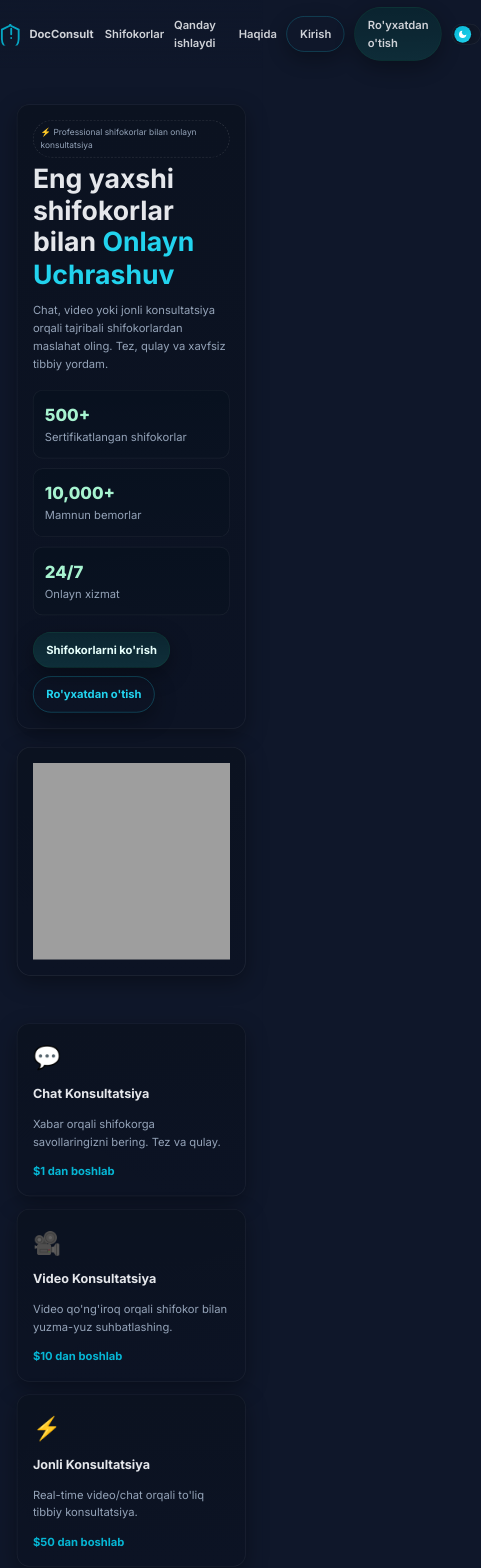
Repository: diyorbe-beep/-----------
Page: /
An editor plug-in stored every save of this project. The page is shown before and after the next save, followed by the edit.
The browser window is 375 px wide. The page is 687 px wide, then 417 px, so the pictures cover 687 px, including what lies to the right of the window. The pictures show the part of the page from y = 0 to 2240 px (the page is 2984 px tall before and 2483 px after), at 70% of full size.
Pictures or frames that could not be fetched are drawn as grey boxes. The page's requests for data from a server got no answer. The project was rebuilt for these pictures with package versions that can differ from the ones it lists, and the page was loaded fresh each time. No one was signed in, and anything a server would have sent is missing. Also part of the build but not shown: vite.config.js, src/components/DemoModeWarning.jsx, src/pages/Login.jsx, src/pages/Register.jsx, src/components/DoctorSearch.jsx, src/components/DoctorCard.jsx, src/pages/DoctorList.jsx, src/pages/DoctorDetail.jsx and 12 more.

Above is the page before, as saved 2025-10-20 22:07:29.

### index.html
<!DOCTYPE html>
<html lang="uz">
<head>
  <meta charset="UTF-8" />
  <link rel="icon" type="image/svg+xml" href="data:[embedded picture, 173 characters]" />
  <meta name="viewport" content="width=device-width, initial-scale=1.0" />

  <!-- SEO Meta Tags -->
  <title>DocConsult - Professional shifokorlar bilan onlayn konsultatsiya</title>
  <meta name="description" content="Chat, video yoki jonli konsultatsiya orqali tajribali shifokorlardan maslahat oling. $1 dan boshlab. Tez, qulay va xavfsiz tibbiy yordam.">
  <meta name="keywords" content="doctor, consultation, online, telemedicine, healthcare, shifokor, konsultatsiya">
  <meta name="author" content="DocConsult">

  <!-- Open Graph / Facebook -->
  <meta property="og:type" content="website">
  <meta property="og:url" content="https://docconsult.uz/">
  <meta property="og:title" content="DocConsult - Professional Doctor Consultation Platform">
  <meta property="og:description" content="Connect with certified doctors online. Chat, Video, or Live consultations starting from $1">
  <meta property="og:image" content="/og-image.jpg">

  <!-- Twitter -->
  <meta property="twitter:card" content="summary_large_image">
  <meta property="twitter:url" content="https://docconsult.uz/">
  <meta property="twitter:title" content="DocConsult - Professional Doctor Consultation">
  <meta property="twitter:description" content="Connect with certified doctors online. Starting from $1">
  <meta property="twitter:image" content="/og-image.jpg">

  <!-- Fonts -->
  <link rel="preconnect" href="https://fonts.googleapis.com">
  <link rel="preconnect" href="https://fonts.gstatic.com" crossorigin>
  <link href="https://fonts.googleapis.com/css2?family=Inter:wght@300;400;600;700;800&display=swap" rel="stylesheet">

  <!-- Schema.org markup -->
  <script type="application/ld+json">
  {
    "@context": "https://schema.org",
    "@type": "WebApplication",
    "name": "DocConsult",
    "description": "Professional doctor consultation platform",
    "applicationCategory": "HealthApplication",
    "offers": {
      "@type": "Offer",
      "price": "1.00",
      "priceCurrency": "USD"
    }
  }
  </script>
</head>
<body>
  <noscript>
    <div style="padding: 40px; text-align: center; font-family: sans-serif;">
      <h1>JavaScript Required</h1>
      <p>Please enable JavaScript to run this application.</p>
      <p>Iltimos, JavaScript'ni yoqing.</p>
    </div>
  </noscript>
  <div id="root"></div>
  <script type="module" src="/src/main.jsx"></script>
</body>
</html>

### src/main.jsx
import React from 'react'
import ReactDOM from 'react-dom/client'
import './index.css'
import App from './App.jsx'

ReactDOM.createRoot(document.getElementById('root')).render(
  <React.StrictMode>
    <App />
  </React.StrictMode>,
)

### src/index.css
@import './styles/themes.css';

* {
  box-sizing: border-box;
}

html,
body {
  margin: 0;
  padding: 0;
  background: var(--bg);
  color: var(--txt);
  font-family: Inter, system-ui, -apple-system, Segoe UI, Roboto, "Helvetica Neue", Arial, sans-serif;
  line-height: 1.6;
}

a {
  color: var(--brand);
}

.container {
  max-width: 1100px;
  margin: 0 auto;
  padding: 24px;
}

header {
  position: sticky;
  top: 0;
  z-index: 50;
  background: linear-gradient(180deg, #0f172ae6, #0f172a00);
}

.nav {
  display: flex;
  gap: 16px;
  align-items: center;
  justify-content: space-between;
  padding: 10px 0;
}

.nav a {
  font-weight: 600;
  text-decoration: none;
  color: var(--txt);
  opacity: 0.9;
}

.nav a:hover {
  color: var(--brand-2);
}

.btn {
  display: inline-flex;
  align-items: center;
  justify-content: center;
  padding: 12px 18px;
  border-radius: 9999px;
  border: 1px solid #16a34a20;
  background: linear-gradient(180deg, #0b2530, #0f2f3a);
  color: #e6fffb;
  font-weight: 700;
  cursor: pointer;
  box-shadow: var(--shadow);
  text-decoration: none;
}

.btn:hover {
  transform: translateY(-1px);
  filter: brightness(1.1);
}

.btn-outline {
  background: transparent;
  border: 1px solid #22d3ee55;
  color: var(--brand-2);
}

.hero {
  display: grid;
  grid-template-columns: 1.2fr 1fr;
  gap: 26px;
  align-items: center;
  padding: 28px 0;
}

.card {
  background: linear-gradient(180deg, #0b1220, #0c1324);
  border: 1px solid rgba(255, 255, 255, 0.06);
  box-shadow: var(--shadow);
  border-radius: var(--radius);
  padding: 22px;
}

.tag {
  display: inline-flex;
  gap: 8px;
  align-items: center;
  font-size: 12px;
  color: var(--muted);
  border: 1px dashed rgba(255, 255, 255, 0.15);
  padding: 6px 10px;
  border-radius: 999px;
}

.hero h1 {
  font-size: 38px;
  line-height: 1.2;
  margin: 0.2em 0;
}

.hero p {
  color: var(--muted);
}

.portrait {
  aspect-ratio: 1/1;
  border-radius: 20px;
  overflow: hidden;
  border: 1px solid rgba(255, 255, 255, 0.08);
}

.portrait img {
  width: 100%;
  height: 100%;
  object-fit: cover;
  display: block;
}

.grid-3 {
  display: grid;
  grid-template-columns: repeat(3, 1fr);
  gap: 18px;
}

.grid-2 {
  display: grid;
  grid-template-columns: repeat(2, 1fr);
  gap: 18px;
}

h2 {
  font-size: 26px;
  margin: 0 0 12px;
}

h3 {
  font-size: 18px;
  margin: 0 0 8px;
}

.muted {
  color: var(--muted);
}

.list {
  display: grid;
  gap: 10px;
  margin: 0;
  padding: 0;
}

.list li {
  list-style: none;
  padding: 10px 12px;
  border: 1px solid rgba(255, 255, 255, 0.06);
  border-radius: 12px;
  background: #0b1323cc;
}

.kpi {
  display: flex;
  gap: 14px;
  flex-wrap: wrap;
}

.kpi .item {
  flex: 1;
  min-width: 180px;
  padding: 16px;
  border-radius: 14px;
  border: 1px solid rgba(255, 255, 255, 0.06);
  background: linear-gradient(180deg, #08111f, #0a1221);
}

.kpi .n {
  font-size: 24px;
  font-weight: 800;
  color: #a7f3d0;
}

form {
  display: grid;
  gap: 12px;
}

label {
  font-weight: 600;
  font-size: 14px;
}

input,
select,
textarea {
  width: 100%;
  padding: 12px 14px;
  border-radius: 12px;
  border: 1px solid rgba(255, 255, 255, 0.12);
  background: #0a1221;
  color: var(--txt);
}

textarea {
  min-height: 110px;
  resize: vertical;
}

.footer {
  border-top: 1px solid rgba(255, 255, 255, 0.08);
  margin-top: 32px;
  padding: 22px 0;
  color: var(--muted);
  font-size: 14px;
}

.badges {
  display: flex;
  gap: 10px;
  flex-wrap: wrap;
}

.badge {
  background: #0b1220;
  border: 1px solid rgba(255, 255, 255, 0.08);
  border-radius: 999px;
  padding: 8px 12px;
  font-size: 12px;
  color: #a5b4fc;
}

.map {
  width: 100%;
  height: 260px;
  border-radius: 14px;
  border: 1px solid rgba(255, 255, 255, 0.08);
  background: #0a1221;
  display: flex;
  align-items: center;
  justify-content: center;
  color: #64748b;
}

@media (max-width: 960px) {
  .hero {
    grid-template-columns: 1fr;
  }
  .grid-3 {
    grid-template-columns: 1fr;
  }
  .grid-2 {
    grid-template-columns: 1fr;
  }
}

### src/App.jsx
import React from 'react'
import { BrowserRouter, Routes, Route, Navigate } from 'react-router-dom'
import { ThemeProvider } from './contexts/ThemeContext.jsx'
import { AuthProvider, useAuth } from './contexts/AuthContext.jsx'

// Layout
import Header from './components/Layout/Header.jsx'
import Footer from './components/Footer.jsx'

// Public Pages
import Home from './pages/Home.jsx'
import Login from './pages/Login.jsx'
import Register from './pages/Register.jsx'
import DoctorList from './pages/DoctorList.jsx'
import DoctorDetail from './pages/DoctorDetail.jsx'

// Doctor Pages
import DoctorDashboard from './pages/DoctorDashboard.jsx'
import DoctorProfileSetup from './pages/DoctorProfileSetup.jsx'
import ServiceManagement from './pages/ServiceManagement.jsx'

// Patient Pages
import PatientDashboard from './pages/PatientDashboard.jsx'
import Booking from './pages/Booking.jsx'

// Other Pages
import Profile from './pages/Profile.jsx'
import AdminVerification from './pages/AdminVerification.jsx'
import NotFound from './pages/NotFound.jsx'
import DemoMode from './pages/DemoMode.jsx'
import HowItWorks from './pages/HowItWorks.jsx'
import About from './pages/About.jsx'

// Protected Route wrapper
const ProtectedRoute = ({ children, requireRole }) => {
  const { user, profile, loading } = useAuth()

  if (loading) {
    return (
      <div style={{ minHeight: '80vh', display: 'flex', alignItems: 'center', justifyContent: 'center' }}>
        <div className="spinner"></div>
      </div>
    )
  }

  if (!user) {
    return <Navigate to="/login" replace />
  }

  if (requireRole && profile?.role !== requireRole) {
    return <Navigate to="/" replace />
  }

  return children
}

function AppContent() {
  return (
    <BrowserRouter>
      <div className="App">
        <Header />
        <Routes>
          {/* Public Routes */}
          <Route path="/" element={<Home />} />
          <Route path="/login" element={<Login />} />
          <Route path="/register" element={<Register />} />
          <Route path="/doctors" element={<DoctorList />} />
          <Route path="/doctors/:id" element={<DoctorDetail />} />

          {/* Doctor Routes */}
          <Route
            path="/doctor/dashboard"
            element={
              <ProtectedRoute requireRole="doctor">
                <DoctorDashboard />
              </ProtectedRoute>
            }
          />
          <Route
            path="/doctor/profile/setup"
            element={
              <ProtectedRoute requireRole="doctor">
                <DoctorProfileSetup />
              </ProtectedRoute>
            }
          />
          <Route
            path="/doctor/services"
            element={
              <ProtectedRoute requireRole="doctor">
                <ServiceManagement />
              </ProtectedRoute>
            }
          />

          {/* Patient Routes */}
          <Route
            path="/patient/dashboard"
            element={
              <ProtectedRoute requireRole="patient">
                <PatientDashboard />
              </ProtectedRoute>
            }
          />
          <Route
            path="/booking/:serviceId"
            element={
              <ProtectedRoute>
                <Booking />
              </ProtectedRoute>
            }
          />

          {/* Profile & Settings */}
          <Route
            path="/profile"
            element={
              <ProtectedRoute>
                <Profile />
              </ProtectedRoute>
            }
          />

          {/* Admin Routes (Demo - add proper admin role in production) */}
          <Route
            path="/admin/verification"
            element={
              <ProtectedRoute>
                <AdminVerification />
              </ProtectedRoute>
            }
          />

          {/* Info Pages */}
          <Route path="/demo-mode" element={<DemoMode />} />
          <Route path="/how-it-works" element={<HowItWorks />} />
          <Route path="/about" element={<About />} />

          {/* 404 */}
          <Route path="*" element={<NotFound />} />
        </Routes>
        <Footer />
      </div>
    </BrowserRouter>
  )
}

function App() {
  return (
    <ThemeProvider>
      <AuthProvider>
        <AppContent />
      </AuthProvider>
    </ThemeProvider>
  )
}

export default App

### src/contexts/ThemeContext.jsx
import React, { createContext, useContext, useState, useEffect } from 'react'

const ThemeContext = createContext()

export const useTheme = () => {
  const context = useContext(ThemeContext)
  if (!context) {
    throw new Error('useTheme must be used within ThemeProvider')
  }
  return context
}

export const ThemeProvider = ({ children }) => {
  const [theme, setTheme] = useState(() => {
    // Check localStorage first
    const saved = localStorage.getItem('theme')
    if (saved) return saved

    // Then check system preference
    if (window.matchMedia && window.matchMedia('(prefers-color-scheme: dark)').matches) {
      return 'dark'
    }

    return 'dark' // Default to dark
  })

  useEffect(() => {
    // Apply theme to document
    document.documentElement.setAttribute('data-theme', theme)
    localStorage.setItem('theme', theme)
  }, [theme])

  const toggleTheme = () => {
    setTheme(prev => prev === 'dark' ? 'light' : 'dark')
  }

  return (
    <ThemeContext.Provider value={{ theme, toggleTheme }}>
      {children}
    </ThemeContext.Provider>
  )
}

### src/contexts/AuthContext.jsx
import React, { createContext, useContext, useState, useEffect } from 'react'
import { authHelpers } from '../lib/supabase.js'

const AuthContext = createContext()

export const useAuth = () => {
  const context = useContext(AuthContext)
  if (!context) {
    throw new Error('useAuth must be used within AuthProvider')
  }
  return context
}

export const AuthProvider = ({ children }) => {
  const [user, setUser] = useState(null)
  const [profile, setProfile] = useState(null)
  const [loading, setLoading] = useState(true)

  useEffect(() => {
    // Check current session
    checkUser()

    // Listen for auth changes
    const { data: { subscription } } = authHelpers.onAuthStateChange(async (event, session) => {
      if (session?.user) {
        setUser(session.user)
        await loadUserProfile(session.user.id)
      } else {
        setUser(null)
        setProfile(null)
      }
      setLoading(false)
    })

    return () => {
      subscription?.unsubscribe()
    }
  }, [])

  const checkUser = async () => {
    try {
      const currentUser = await authHelpers.getCurrentUser()
      if (currentUser) {
        setUser(currentUser)
        await loadUserProfile(currentUser.id)
      }
    } catch (error) {
      console.error('Error checking user:', error)
    } finally {
      setLoading(false)
    }
  }

  const loadUserProfile = async (userId) => {
    try {
      const userProfile = await authHelpers.getUserProfile(userId)
      setProfile(userProfile)
    } catch (error) {
      console.error('Error loading profile:', error)
    }
  }

  const signUp = async (email, password, fullName, role = 'patient') => {
    setLoading(true)
    try {
      const data = await authHelpers.signUp({ email, password, fullName, role })

      // If user is immediately signed in, update local state
      if (data.user && data.session) {
        setUser(data.user)
        await loadUserProfile(data.user.id)
      }

      return data
    } catch (error) {
      throw error
    } finally {
      setLoading(false)
    }
  }

  const signIn = async (email, password) => {
    setLoading(true)
    try {
      const data = await authHelpers.signIn({ email, password })
      return data
    } catch (error) {
      throw error
    } finally {
      setLoading(false)
    }
  }

  const signOut = async () => {
    setLoading(true)
    try {
      await authHelpers.signOut()
      setUser(null)
      setProfile(null)
    } catch (error) {
      throw error
    } finally {
      setLoading(false)
    }
  }

  const value = {
    user,
    profile,
    loading,
    signUp,
    signIn,
    signOut,
    isDoctor: profile?.role === 'doctor',
    isPatient: profile?.role === 'patient',
    reloadProfile: () => loadUserProfile(user?.id)
  }

  return (
    <AuthContext.Provider value={value}>
      {children}
    </AuthContext.Provider>
  )
}

### src/components/Layout/Header.jsx
import React from 'react'
import { Link } from 'react-router-dom'
import { useAuth } from '../../contexts/AuthContext.jsx'
import ThemeToggle from '../ThemeToggle.jsx'

const Header = () => {
  const { user, profile, signOut } = useAuth()

  return (
    <header>
      <div className="container nav">
        <Link to="/" style={{ display: 'flex', gap: '10px', alignItems: 'center', textDecoration: 'none' }}>
          <svg width="32" height="32" viewBox="0 0 24 24" fill="none" xmlns="http://www.w3.org/2000/svg">
            <path d="M12 2L2 7v10c0 5.5 3.8 9.7 9 11 5.2-1.3 9-5.5 9-11V7l-10-5z" stroke="var(--brand)" strokeWidth="2" fill="none"/>
            <path d="M12 6v6M12 16h.01" stroke="var(--brand)" strokeWidth="2" strokeLinecap="round"/>
          </svg>
          <strong style={{ color: 'var(--txt)' }}>DocConsult</strong>
        </Link>

        <nav style={{ display: 'flex', gap: '14px', alignItems: 'center' }}>
          <Link to="/doctors">Shifokorlar</Link>
          <Link to="/how-it-works">Qanday ishlaydi</Link>
          <Link to="/about">Haqida</Link>

          {!user ? (
            <>
              <Link to="/login" className="btn btn-outline">Kirish</Link>
              <Link to="/register" className="btn">Ro'yxatdan o'tish</Link>
            </>
          ) : (
            <>
              <Link to={profile?.role === 'doctor' ? '/doctor/dashboard' : '/patient/dashboard'}>
                Dashboard
              </Link>
              <Link to="/profile">Profil</Link>
              <button onClick={signOut} className="btn btn-outline">
                Chiqish
              </button>
              {profile?.avatar_url && (
                <div className="avatar">
                  <img src={profile.avatar_url} alt={profile.full_name} />
                </div>
              )}
            </>
          )}

          <ThemeToggle />
        </nav>
      </div>
    </header>
  )
}

export default Header

### src/components/Footer.jsx
import React from 'react'
import { Link } from 'react-router-dom'

const Footer = () => {
  const currentYear = new Date().getFullYear()

  const scrollToTop = () => {
    window.scrollTo({ top: 0, behavior: 'smooth' })
  }

  return (
    <section className="footer container">
      <div className="grid-2" style={{ gap: '32px' }}>
        <div>
          <strong style={{ fontSize: '18px', marginBottom: '12px', display: 'block' }}>
            DocConsult
          </strong>
          <p className="muted" style={{ margin: '0 0 12px', fontSize: '14px' }}>
            Professional shifokorlar bilan onlayn konsultatsiya platformasi.
          </p>
          <div style={{ display: 'flex', gap: '12px', marginTop: '16px' }}>
            <Link to="/about" className="muted" style={{ fontSize: '14px' }}>Haqida</Link>
            <Link to="/how-it-works" className="muted" style={{ fontSize: '14px' }}>Qanday ishlaydi</Link>
            <Link to="/doctors" className="muted" style={{ fontSize: '14px' }}>Shifokorlar</Link>
          </div>
        </div>
        <div style={{ textAlign: 'right' }}>
          <p className="muted" style={{ fontSize: '14px', marginBottom: '8px' }}>
            © {currentYear} DocConsult. Barcha huquqlar himoyalangan.
          </p>
          <p className="muted" style={{ fontSize: '12px', marginBottom: '16px' }}>
            Built with React + Vite + Supabase
          </p>
          <button
            onClick={scrollToTop}
            className="btn btn-outline"
            style={{ fontSize: '14px', padding: '8px 16px' }}
          >
            Yuqoriga ↑
          </button>
        </div>
      </div>
    </section>
  )
}

export default Footer

### src/components/ThemeToggle.jsx
import React from 'react'
import { useTheme } from '../contexts/ThemeContext.jsx'

const ThemeToggle = () => {
  const { theme, toggleTheme } = useTheme()

  return (
    <button
      className="theme-toggle"
      onClick={toggleTheme}
      aria-label={`Switch to ${theme === 'dark' ? 'light' : 'dark'} mode`}
    >
      <div className="theme-toggle-thumb">
        {theme === 'dark' ? (
          <svg viewBox="0 0 24 24" fill="currentColor">
            <path d="M21 12.79A9 9 0 1 1 11.21 3 7 7 0 0 0 21 12.79z" />
          </svg>
        ) : (
          <svg viewBox="0 0 24 24" fill="currentColor">
            <circle cx="12" cy="12" r="5" />
            <path d="M12 1v2m0 18v2M4.22 4.22l1.42 1.42m12.72 12.72l1.42 1.42M1 12h2m18 0h2M4.22 19.78l1.42-1.42m12.72-12.72l1.42-1.42" />
          </svg>
        )}
      </div>
    </button>
  )
}

export default ThemeToggle

Loaded but not shown: src/lib/supabase.js (library); src/styles/themes.css (256 lines, source omitted); src/pages/Home.jsx (125 lines, source omitted)

After the next save:
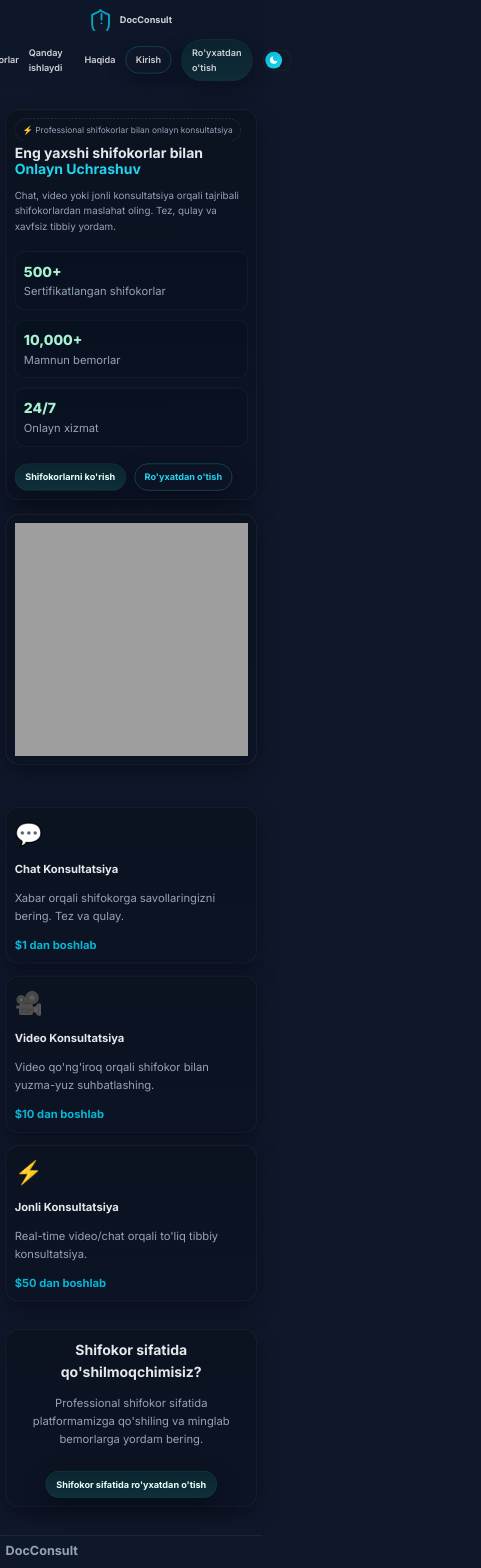
Saved 101 s later.
--- a/src/index.css
+++ b/src/index.css
@@ -250,14 +250,133 @@ textarea {
   color: #64748b;
 }
 
+/* Mobile Responsive Styles */
 @media (max-width: 960px) {
+  .container {
+    padding: 16px;
+  }
+
   .hero {
     grid-template-columns: 1fr;
-  }
+    gap: 20px;
+    padding: 20px 0;
+  }
+
+  .hero h1 {
+    font-size: 28px;
+  }
+
   .grid-3 {
     grid-template-columns: 1fr;
   }
+
   .grid-2 {
     grid-template-columns: 1fr;
   }
-}
+
+  .kpi {
+    flex-direction: column;
+  }
+
+  .kpi .item {
+    min-width: auto;
+  }
+}
+
+@media (max-width: 768px) {
+  .container {
+    padding: 12px;
+  }
+
+  .nav {
+    flex-direction: column;
+    gap: 12px;
+    padding: 16px 0;
+  }
+
+  .nav a {
+    font-size: 14px;
+  }
+
+  .hero h1 {
+    font-size: 24px;
+  }
+
+  .hero p {
+    font-size: 14px;
+  }
+
+  .card {
+    padding: 16px;
+  }
+
+  .btn {
+    padding: 10px 16px;
+    font-size: 14px;
+  }
+
+  h2 {
+    font-size: 20px;
+  }
+
+  h3 {
+    font-size: 16px;
+  }
+
+  input, select, textarea {
+    padding: 10px 12px;
+    font-size: 14px;
+  }
+
+  .badges {
+    justify-content: center;
+  }
+
+  .badge {
+    font-size: 11px;
+    padding: 6px 10px;
+  }
+}
+
+@media (max-width: 480px) {
+  .container {
+    padding: 8px;
+  }
+
+  .hero h1 {
+    font-size: 20px;
+  }
+
+  .card {
+    padding: 12px;
+  }
+
+  .btn {
+    padding: 8px 14px;
+    font-size: 13px;
+  }
+
+  .nav {
+    padding: 12px 0;
+  }
+
+  .nav a {
+    font-size: 13px;
+  }
+
+  .kpi .n {
+    font-size: 20px;
+  }
+
+  .kpi .item {
+    padding: 12px;
+  }
+
+  .list li {
+    padding: 8px 10px;
+  }
+
+  .map {
+    height: 200px;
+  }
+}
